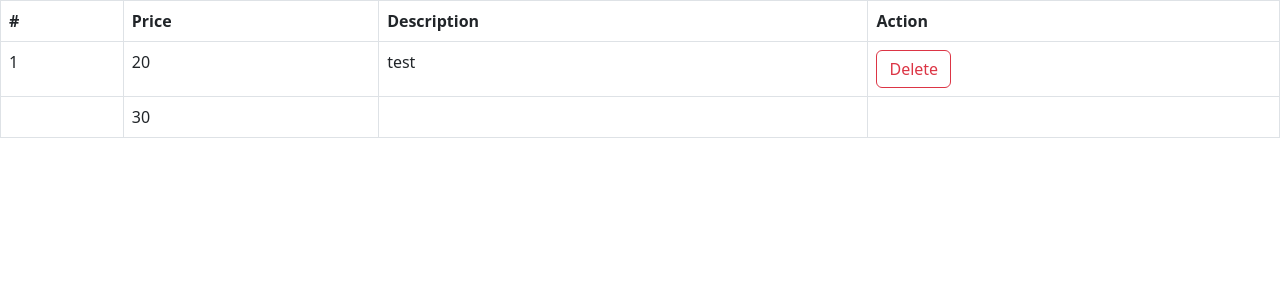
Repository: Emadkhanqai/react-app-code-with-mosh-expense-tracker
Page: /
An editor plug-in stored every save of this project. The page is shown before and after the next save, followed by the edit.
The browser window is 1280 px wide. The pictures show the whole page.
The project was rebuilt for these pictures with package versions that can differ from the ones it lists, and the page was loaded fresh each time. Also part of the build but not shown: vite.config.ts.

Above is the page before, as saved 2023-05-01 21:32:17.

### src/App.tsx
import { useState } from "react";
import Alert from "./components/Alert";
import ListGroup from "./ListGroup";
import ExpenseList, { Expense } from "./expense-tracker/expense-list";

function App() {
  const expenses: Expense[] = [
    {
      id: 1,
      description: "test",
      price: 20,
    },
  ];
  return (
    <>
      <ExpenseList
        expenses={expenses}
        handleDelete={(y: number) => expenses.filter((i) => i.id !== y)}
      ></ExpenseList>
    </>
  );
}

export default App;

### src/expense-tracker/expense-list.tsx
import React from "react";

export interface Expense {
  id: number;
  price: number;
  description: string;
}
interface Props {
  expenses: Expense[];
  handleDelete: (id: number) => void;
}

const ExpenseList = ({ expenses, handleDelete }: Props) => {
  return (
    <>
      <table className="table table-bordered">
        <thead>
          <tr>
            <th>#</th>
            <th>Price</th>
            <th>Description</th>
            <th>Action</th>
          </tr>
        </thead>
        <tbody>
          {expenses.map((expense) => (
            <tr>
              <td>{expense.id}</td>
              <td>{expense.price}</td>
              <td>{expense.description}</td>
              <td>
                <button
                  className="btn btn-outline-danger"
                  onClick={() => handleDelete(expense.id)}
                >
                  Delete
                </button>
              </td>
            </tr>
          ))}
        </tbody>
        <tfoot>
          <tr>
            <td></td>
            <td>30</td>
            <td></td>
            <td></td>
          </tr>
        </tfoot>
      </table>
    </>
  );
};

export default ExpenseList;

Loaded but not shown: index.html (common file); src/main.tsx (common file)

After the next save:
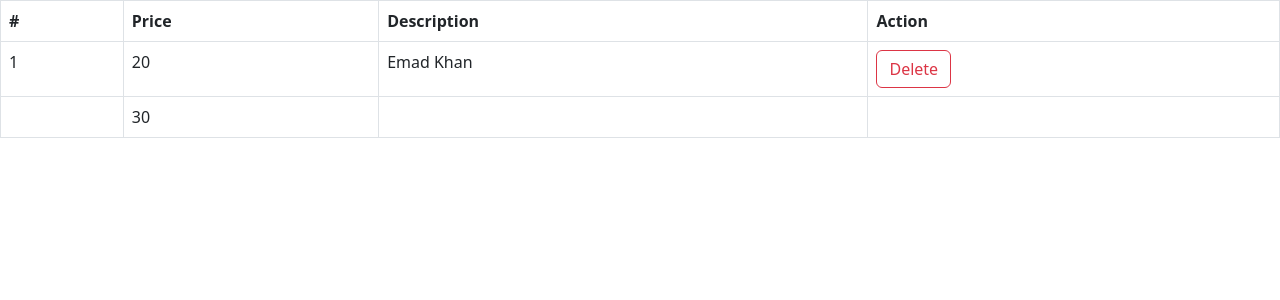
Saved 11 s later.
--- a/src/App.tsx
+++ b/src/App.tsx
@@ -7,7 +7,7 @@ function App() {
   const expenses: Expense[] = [
     {
       id: 1,
-      description: "test",
+      description: "Emad Khan",
       price: 20,
     },
   ];
